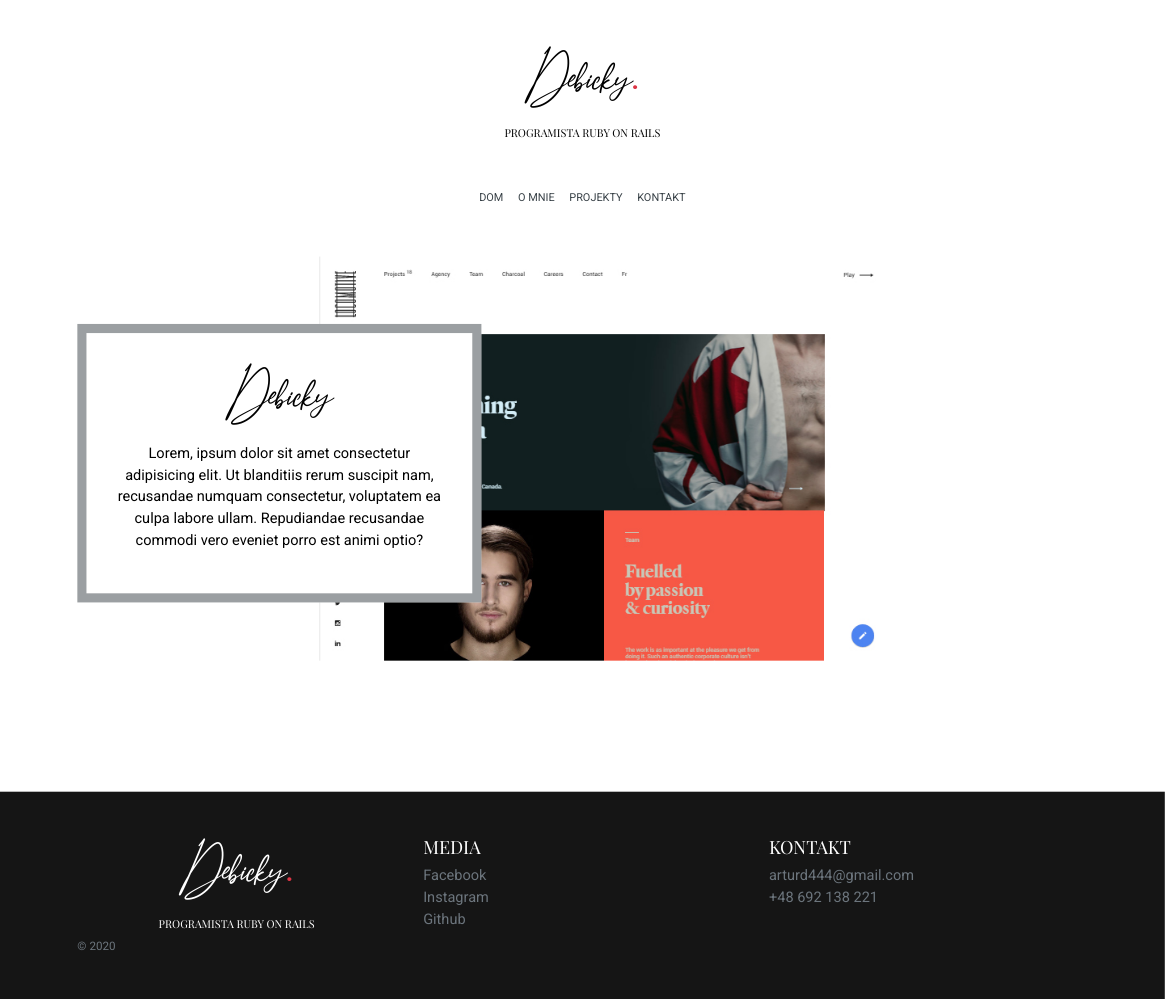
Repository: debicky/debicky.github.io
Page: index.html
An editor plug-in stored every save of this project. The page is shown before and after a run of saves, followed by the edit.
The browser window is 1280 px wide. The pictures show the whole page, at 91% of full size.
Some web libraries are served in a nearby version.

Above is the page before, as saved 2020-06-10 11:14:52.

### index.html
<!DOCTYPE html>
<html lang="en">
<head>
  <meta charset="UTF-8">
  <meta name="viewport" content="width=device-width, initial-scale=1.0">
  <title>Debicky</title>
  <link rel="stylesheet" href="https://stackpath.bootstrapcdn.com/bootstrap/4.5.0/css/bootstrap.min.css" integrity="sha384-9aIt2nRpC12Uk9gS9baDl411NQApFmC26EwAOH8WgZl5MYYxFfc+NcPb1dKGj7Sk" crossorigin="anonymous">
  <link rel="stylesheet" href="https://cdnjs.cloudflare.com/ajax/libs/font-awesome/5.11.2/css/all.min.css">
  <link rel="stylesheet" href="styles.css">
</head>
<body>


  <header>
    <a href="index.html">
      <div class="signature">
        <h5 class="signature-heading">Debicky<span class="text-danger font-weight-bolder">.</span></h5>
        <h3 class="signature-subhead">Programista Ruby on Rails</h3>
      </div>
    </a>
  </header>

  <div class="container">
    <nav class="navbar navbar-expand-md p-0 rounded">
      <button class="navbar-toggler" type="button" data-toggle="collapse" data-target="#navbarSupportedContent" aria-controls="navbarSupportedContent" aria-expanded="false" aria-label="Toggle navigation">
        <i class="fas fa-bars"></i>
        <i class="fas fa-times"></i>
      </button>

      <div class="collapse navbar-collapse d-md-flex justify-content-center" id="navbarSupportedContent">
        <ul class="navbar-nav">
          <li class="nav-item active">
            <a class="nav-link" href="index.html">Dom</a>
          </li>
          <li class="nav-item">
            <a class="nav-link" href="#">O mnie</a>
          </li>
          <li class="nav-item">
            <a class="nav-link" href="#">Projekty</a>
          </li>
          <li class="nav-item">
            <a class="nav-link" href="#">Kontakt</a>
          </li>
        </ul>
      </div>
    </nav>
  </div>

  <section class="about py-5">
    <div class="container">
      <div class="about-content">
        <div class="about-description">
          <div class="signature">
            <h5 class="signature-heading">Debicky</h5>
            <p>Lorem, ipsum dolor sit amet consectetur adipisicing elit. Ut blanditiis rerum suscipit nam, recusandae numquam consectetur, voluptatem ea culpa labore ullam. Repudiandae recusandae commodi vero eveniet porro est animi optio?</p>
          </div>
        </div>
        <div class="about-image">
          <a href="/images/1.jpeg">
            <img src="/images/2.jpeg" alt="img1">
          </a>
        </div>
      </div>
    </div>
  </section>


  <section class="projects py-5">


  </section>


  <footer class="py-5">
    <div class="container">
      <div class="row">
        <div class="col-12 col-md-5 col-lg-4 mb-5 mb-md-0">
          <a href="index.html">
            <div class="signature-footer">
              <h5 class="signature-heading">Debicky<span class="text-danger font-weight-bolder">.</span></h5>
              <h3 class="signature-subhead">Programista Ruby on Rails</h3>
            </div>
          </a>
          <small class="d-block mt-2 text-muted">&copy; 2020</small>
        </div>
        <div class="col-12 col-md-5 col-lg-4 mb-5 mb-md-0">
          <h5 class="text-uppercase">Media</h5>
          <ul class="list-unstyled mb-0">
            <li>
              <a href="https://www.facebook.com/artur.debicki.5" class="text-muted">Facebook</a>
            </li>
            <li>
              <a href="https://www.instagram.com/debicky" class="text-muted">Instagram</a>
            </li>
            <li>
              <a href="https://github.com/debicky" class="text-muted">Github</a>
            </li>
          </ul>
        </div>
        <div class="col-12 col-md-5 col-lg-4">
          <h5 class="text-uppercase">Kontakt</h5>
              <ul class="list-unstyled text-small mb-0">
                <li>
                  <a href="mailto:arturd444@gmail.com" class="text-muted">arturd444@gmail.com</a>
                </li>
                <li>
                  <p class="text-muted">+48 692 138 221</p>
                </li>
              </ul>
        </div>
      </div>
    </div>
  </footer>



  <script src="https://code.jquery.com/jquery-3.5.1.slim.min.js" integrity="sha384-DfXdz2htPH0lsSSs5nCTpuj/zy4C+OGpamoFVy38MVBnE+IbbVYUew+OrCXaRkfj" crossorigin="anonymous"></script>
  <script src="https://cdn.jsdelivr.net/npm/popper.js@1.16.0/dist/umd/popper.min.js" integrity="sha384-Q6E9RHvbIyZFJoft+2mJbHaEWldlvI9IOYy5n3zV9zzTtmI3UksdQRVvoxMfooAo" crossorigin="anonymous"></script>
  <script src="https://stackpath.bootstrapcdn.com/bootstrap/4.5.0/js/bootstrap.min.js" integrity="sha384-OgVRvuATP1z7JjHLkuOU7Xw704+h835Lr+6QL9UvYjZE3Ipu6Tp75j7Bh/kR0JKI" crossorigin="anonymous"></script>
  <script src="script.js"></script>

</body>
</html>

### styles.css
@import url('https://fonts.googleapis.com/css?family=Playfair+Display+SC|Roboto:300,400&display=swap');

@font-face {
  font-family: "AmostelySignature";
  src: url("/fonts/AmostelySignature.ttf");
  }

body, html {
  font-family: "Roboto", sans-serif;
}

a:hover {
  text-decoration: none;;
}

/* Heading & nav  */

header{
  height: 200px;
  width: 100%;
  display: flex;
  align-items: center;
  justify-content: center;
}

.signature{
  color: black;
  text-align: center;
  user-select: none;
}


.signature-heading{
  font-family: 'AmostelySignature', cursive;
  font-size: 50px;
  margin-bottom: 30px;
}

.signature-subhead{
  font-family: 'Playfair Display SC', sans-serif;
  font-size: 12px;
  text-transform: uppercase;
  margin-bottom: 0;
}

.navbar{
  background-color: #384147;
}

.navbar-toggler i{
  color: #fff;
  font-size: 25px;
}

.navbar-toggler .fa-times{
  display: none;
}

.navbar-toggler.menu-open  .fa-bars{
  display: none;
}

.navbar-toggler.menu-open  .fa-times{
  display: block;
}

.navbar-nav{
  padding: 20px;
}

.nav-link{
  color: #fff;
  text-transform: uppercase;
  transition: opacity .5s;
  font-size: 12px;
}

.nav-link:hover{
  color: maroon;
}

/* About */

.about-content{
  display: flex;
  flex-direction: column;
}

.about-description{
  width: 100%;
  background-color: #fff;
  padding: 40px;
  outline: 5px solid rgba(56, 65, 71, 0.5);
  outline-offset: -5px;
  order: 2;
  margin-top: 5px;
}

.about-image{
  order: 1;
}

.about-image img{
  width: 100%;
  height: auto;
  display: block;
}

.about-image a::after{
  font-family: 'Font Awesome 5 Free';
  content: "\f35d";
  font-weight: 600;
  position: absolute;
  top: 50%;
  left: 50%;
  transform: translate(-50%, -50%);
  color: maroon;
  font-size: 25px;
  z-index: 101;
  width: 70px;
  height: 70px;
  border: 3px solid #fff;
  border-radius: 100%;
  display: flex;
  align-items: center;
  justify-content: center;
  opacity: 0;
  transition: opacity .5s;
}

.about-image a:hover::after{
  opacity: .7;
}

/* Footer */

.signature-footer{
  color: black;
  text-align: center;
  user-select: none;
}

footer {
  background-color: #151515;
}

footer h5, footer h3{
  color: #fff;
  font-family: 'Playfair Display SC', sans-serif;
}

a.text-muted:hover{
  color: maroon !important;
}

@media screen and (min-width: 768px) {
  .navbar{
    background-color: transparent;
  }
  .navbar-nav{
    padding: 0;
  }
  .nav-link{
    color: #384147;
  }

  nav:hover .nav-link:not(:hover){
    opacity: .5;
  }

  .about-content{
    position: relative;
    display: block;
  }

  .about-description{
    position: absolute;
    top: 80%;
    transform: translateY(-50%);
    width: 60%;
    outline-offset: -10px;
  }

  .about-image img{
    width: 70%;
    margin-left: auto;
  }
}

@media screen and (min-width: 1200px) {
  .about-description{
    top: 50%;
    width: 40%;
    outline: 10px solid rgba(56, 65, 71, 0.5);
    offset: -20px;
  }

  .about-image{
    width: 80%;
  }
}

### script.js
$('.navbar-toggler').on('click', function () {
  $(this).toggleClass('menu-open')
})

After the next 2 saves:
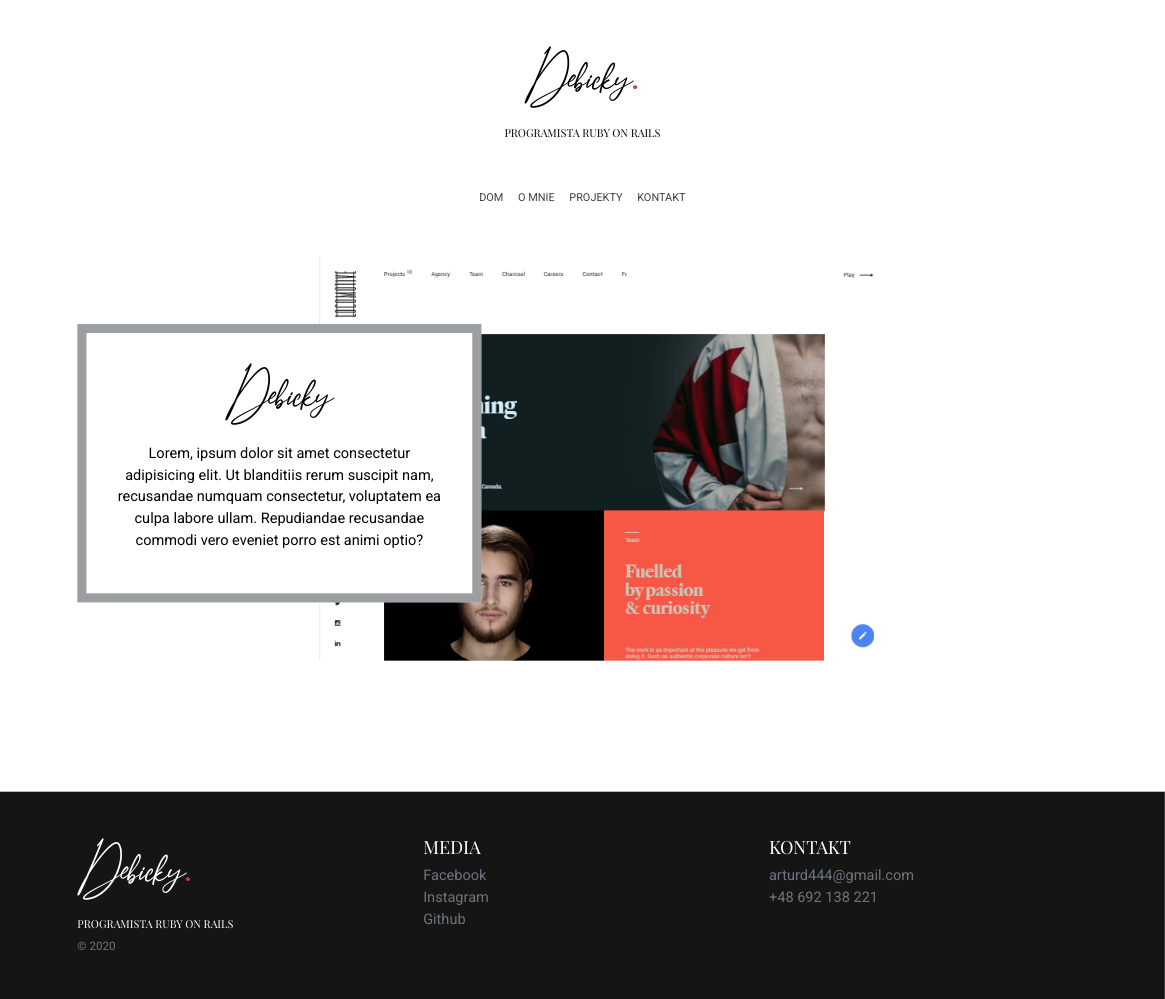
The 2 saves are shown as one change because they came seconds apart.
The last was saved 9 s later.
--- a/styles.css
+++ b/styles.css
@@ -135,8 +135,6 @@ header{
 /* Footer */
 
 .signature-footer{
-  color: black;
-  text-align: center;
   user-select: none;
 }
 
